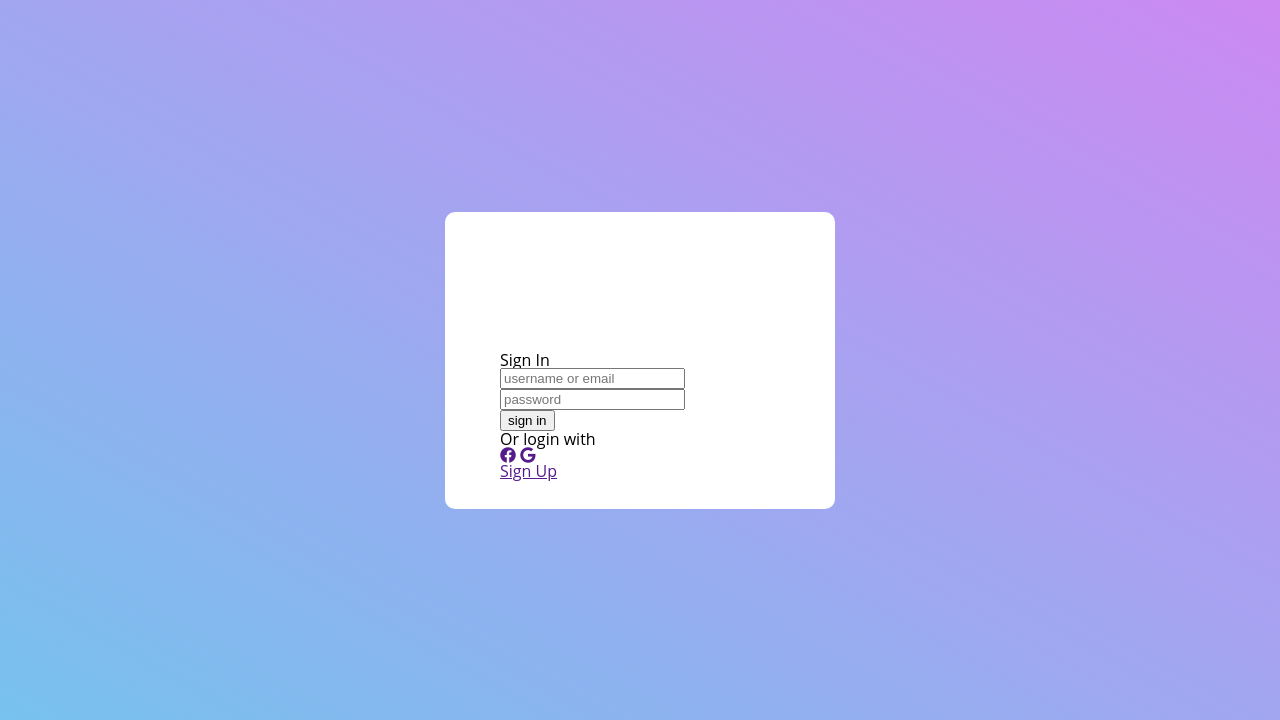
Repository: letrongtinh27/LapTrinhWeb
Page: signin/index.html
The author's editor kept a copy of each file at every save. The page is drawn from the files as they stood at one save, then again after the next save.
The browser window is 1280 px wide. The pictures show the whole page.

Above is the page before, as saved 2022-10-09 20:31:53.

After the next save:
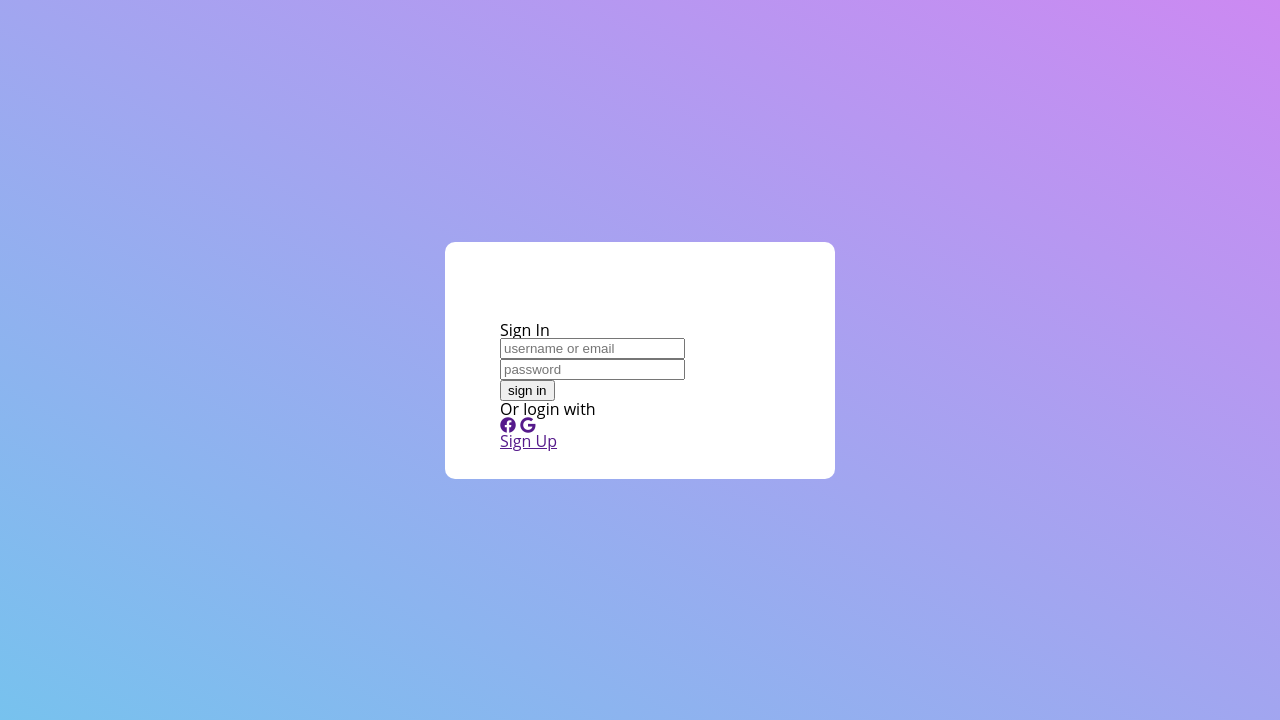
Saved 3 min 1 s later.
--- a/signin/style.css
+++ b/signin/style.css
@@ -25,8 +25,6 @@ body {
 }
 .title{
     margin: 0 auto;
-    padding-bottom: 37;
-    margin-top: 60px;
 }
 .form-group{
 
